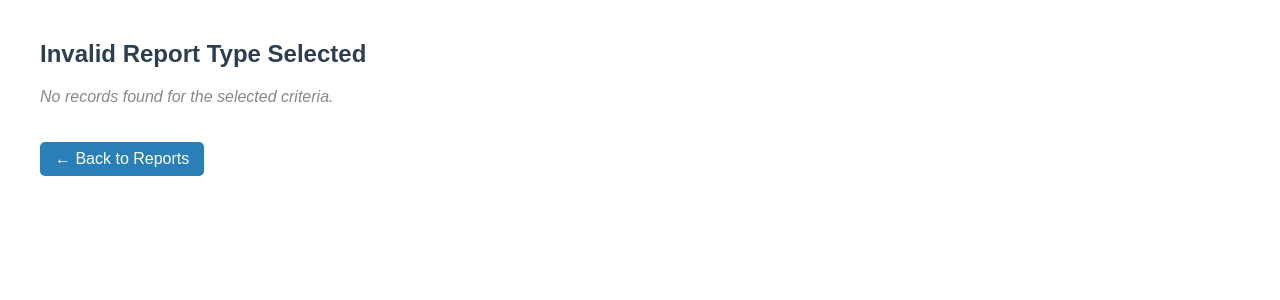
Repository: Adhyashetty-bit/Hostel-Management-System
Page: http://localhost/HostelWebApp/report
These files come from the project's save history. The page is drawn as it stood at one moment and after the next save; the edit follows.
The browser window is 1280 px wide. The pictures show the whole page.
The page is served by Tomcat 9. Other server files are loaded and not shown.

Above is the page before, as saved 2025-05-27 08:24:28.

### HostelWebApp/src/main/webapp/report_result.jsp
<%@ page contentType="text/html;charset=UTF-8" language="java" %>
<%@ taglib uri="http://java.sun.com/jsp/jstl/core" prefix="c" %>
<!DOCTYPE html>
<html>
<head>
    <meta charset="UTF-8">
    <title>Report Results</title>
    <style>
        body {
            font-family: Arial, sans-serif;
            margin: 40px;
        }

        h2 {
            color: #2c3e50;
        }

        table {
            border-collapse: collapse;
            width: 100%;
            margin-top: 20px;
        }

        th, td {
            border: 1px solid #ccc;
            padding: 10px;
            text-align: left;
        }

        th {
            background-color: #2980b9;
            color: white;
        }

        tr:nth-child(even) {
            background-color: #f4f6f7;
        }

        .no-data {
            margin-top: 20px;
            font-style: italic;
            color: #888;
        }

        a.button {
            display: inline-block;
            margin-top: 20px;
            padding: 8px 15px;
            background-color: #2980b9;
            color: white;
            text-decoration: none;
            border-radius: 5px;
        }

        a.button:hover {
            background-color: #1f618d;
        }
    </style>
</head>
<body>
<h2>${reportTitle}</h2>

<c:choose>
    <c:when test="${not empty students}">
        <table>
            <tr>
                <th>Student ID</th>
                <th>Name</th>
                <th>Room</th>
                <th>Admission Date</th>
                <th>Fees Paid</th>
                <th>Pending Fees</th>
            </tr>
            <c:forEach var="student" items="${students}">
                <tr>
                    <td>${student.studentID}</td>
                    <td>${student.studentName}</td>
                    <td>${student.roomNumber}</td>
                    <td>${student.admissionDate}</td>
                    <td>${student.feesPaid}</td>
                    <td>${student.pendingFees}</td>
                </tr>
            </c:forEach>
        </table>
    </c:when>
    <c:otherwise>
        <p class="no-data">No records found for the selected criteria.</p>
    </c:otherwise>
</c:choose>

<a href="report.jsp" class="button">← Back to Reports</a>
</body>
</html>

### HostelWebApp/src/main/java/com/servlet/ReportServlet.java
package com.servlet;

import com.dao.HostelDAO;
import com.model.Student;

import javax.servlet.ServletException;
import javax.servlet.annotation.WebServlet;
import javax.servlet.http.*;
import java.io.IOException;
import java.text.SimpleDateFormat;
import java.util.Date;
import java.util.List;

@WebServlet("/ReportServlet")
public class ReportServlet extends HttpServlet {
    private static final long serialVersionUID = 1L;
    private HostelDAO hostelDAO;

    public void init() {
        hostelDAO = new HostelDAO();
    }

    protected void doGet(HttpServletRequest request, HttpServletResponse response) throws ServletException, IOException {
        try {
            // Get parameters from request (not session) because form submits GET directly to this servlet
            String reportType = request.getParameter("reportType");
            String roomNumber = request.getParameter("roomNumber");
            String startDateStr = request.getParameter("startDate");
            String endDateStr = request.getParameter("endDate");

            List<Student> resultList = null;
            String reportTitle = "";

            if (reportType == null) reportType = "";

            switch (reportType) {
                case "pendingFees":
                    resultList = hostelDAO.getStudentsWithPendingFees();
                    reportTitle = "Students with Pending Fees";
                    break;

                case "roomNumber":
                    resultList = hostelDAO.getStudentsByRoom(roomNumber);
                    reportTitle = "Students in Room: " + roomNumber;
                    break;

                case "admissionDate":
                    SimpleDateFormat sdf = new SimpleDateFormat("yyyy-MM-dd");
                    Date start = sdf.parse(startDateStr);
                    Date end = sdf.parse(endDateStr);

                    // Convert to java.sql.Date
                    java.sql.Date startDate = new java.sql.Date(start.getTime());
                    java.sql.Date endDate = new java.sql.Date(end.getTime());

                    resultList = hostelDAO.getStudentsByDateRange(startDate, endDate);
                    reportTitle = "Students admitted between " + startDateStr + " and " + endDateStr;
                    break;

                default:
                    reportTitle = "Invalid Report Type Selected";
                    break;
            }

            request.setAttribute("students", resultList);
            request.setAttribute("reportTitle", reportTitle);

            request.getRequestDispatcher("report_result.jsp").forward(request, response);

        } catch (Exception e) {
            e.printStackTrace();
            request.setAttribute("message", "Error generating report: " + e.getMessage());
            request.getRequestDispatcher("report_result.jsp").forward(request, response);
        }
    }
}

After the next save:
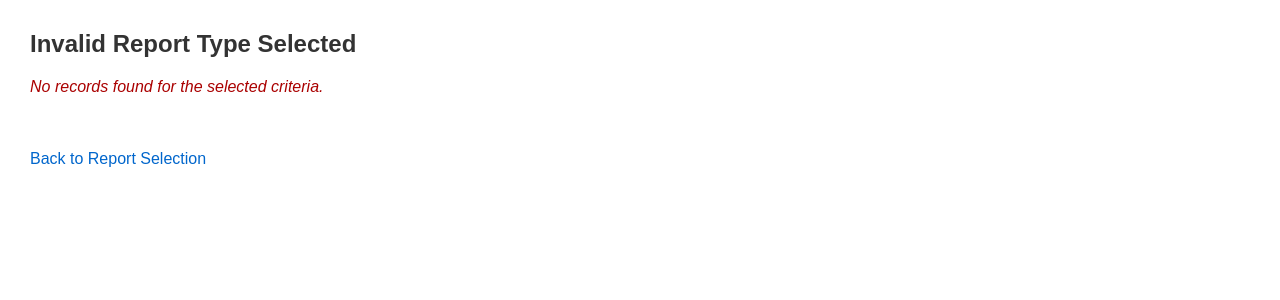
Saved 10 s later.
--- a/HostelWebApp/src/main/webapp/report_result.jsp
+++ b/HostelWebApp/src/main/webapp/report_result.jsp
@@ -1,63 +1,47 @@
-<%@ page contentType="text/html;charset=UTF-8" language="java" %>
 <%@ taglib uri="http://java.sun.com/jsp/jstl/core" prefix="c" %>
 <!DOCTYPE html>
 <html>
 <head>
-    <meta charset="UTF-8">
-    <title>Report Results</title>
+    <title>Report Result</title>
     <style>
         body {
             font-family: Arial, sans-serif;
-            margin: 40px;
+            margin: 30px;
         }
-
         h2 {
-            color: #2c3e50;
+            color: #333;
         }
-
         table {
+            width: 100%;
             border-collapse: collapse;
-            width: 100%;
-            margin-top: 20px;
+            margin-top: 15px;
         }
-
         th, td {
-            border: 1px solid #ccc;
+            border: 1px solid #ddd;
             padding: 10px;
-            text-align: left;
+            text-align: center;
         }
-
         th {
-            background-color: #2980b9;
-            color: white;
+            background-color: #f2f2f2;
         }
-
-        tr:nth-child(even) {
-            background-color: #f4f6f7;
-        }
-
         .no-data {
             margin-top: 20px;
             font-style: italic;
-            color: #888;
+            color: #a00;
         }
-
-        a.button {
+        a {
+            margin-top: 20px;
             display: inline-block;
-            margin-top: 20px;
-            padding: 8px 15px;
-            background-color: #2980b9;
-            color: white;
+            color: #0066cc;
             text-decoration: none;
-            border-radius: 5px;
         }
-
-        a.button:hover {
-            background-color: #1f618d;
+        a:hover {
+            text-decoration: underline;
         }
     </style>
 </head>
 <body>
+
 <h2>${reportTitle}</h2>
 
 <c:choose>
@@ -76,7 +60,7 @@
                     <td>${student.studentID}</td>
                     <td>${student.studentName}</td>
                     <td>${student.roomNumber}</td>
-                    <td>${student.admissionDate}</td>
+                    <td><fmt:formatDate value="${student.admissionDate}" pattern="yyyy-MM-dd"/></td>
                     <td>${student.feesPaid}</td>
                     <td>${student.pendingFees}</td>
                 </tr>
@@ -88,6 +72,8 @@
     </c:otherwise>
 </c:choose>
 
-<a href="report.jsp" class="button">← Back to Reports</a>
+<br/>
+<a href="report.jsp">Back to Report Selection</a>
+
 </body>
 </html>
